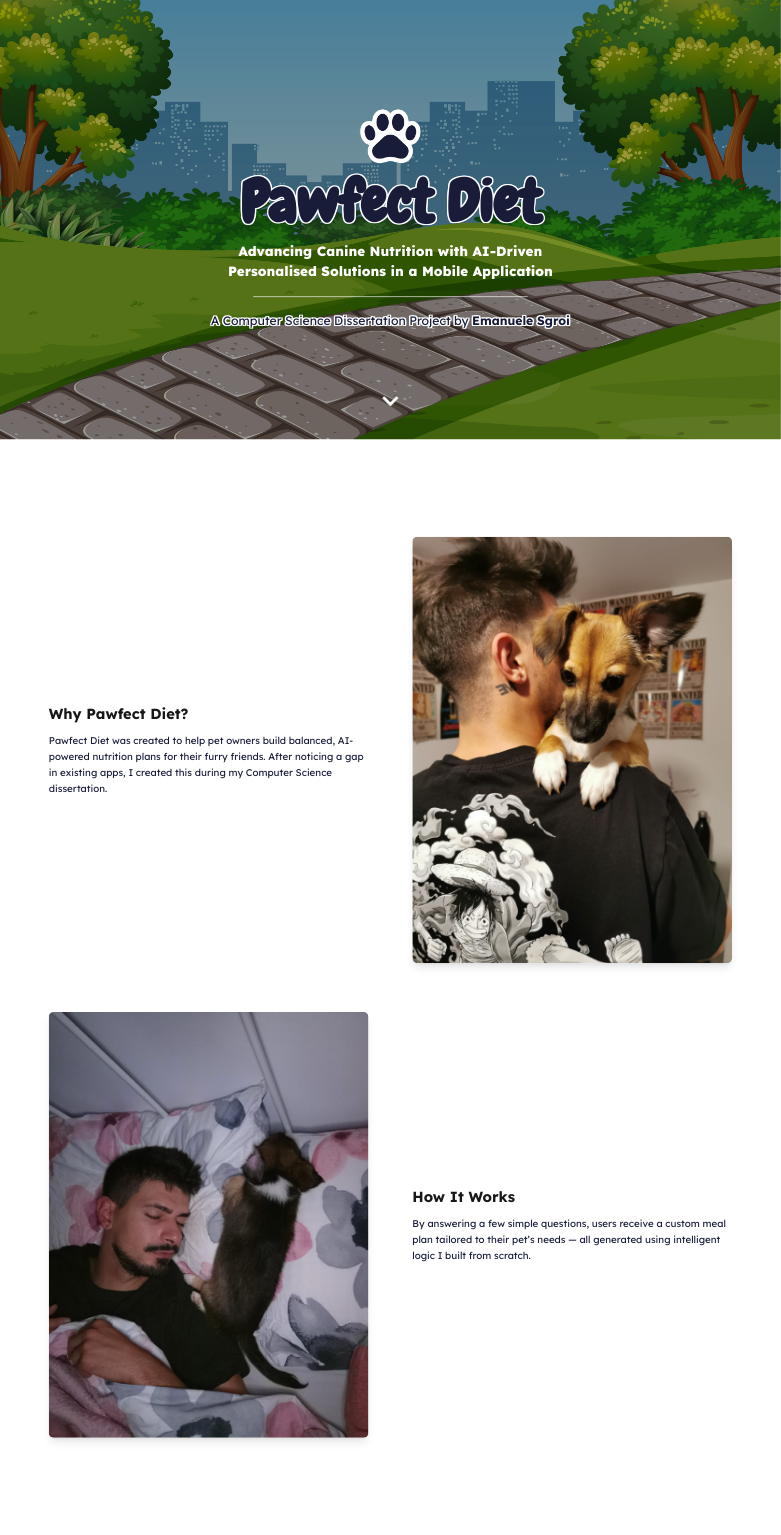
Repository: Emanuele-Sgroi/Pawfect-Diet-App-Showcase
Page: /
The author's editor kept a copy of each file at every save. The page is drawn from the files as they stood at one save, then again after the next save.
The browser window is 1280 px wide. The pictures show the whole page, at 61% of full size.
The project was rebuilt for these pictures with package versions that can differ from the ones it lists, and the page was loaded fresh each time. The framework's server and built-in components were replaced by stand-ins that run in the browser. Also part of the build but not shown: next.config.mjs.

Above is the page before, as saved 2025-04-18 15:58:49.

After the next save:
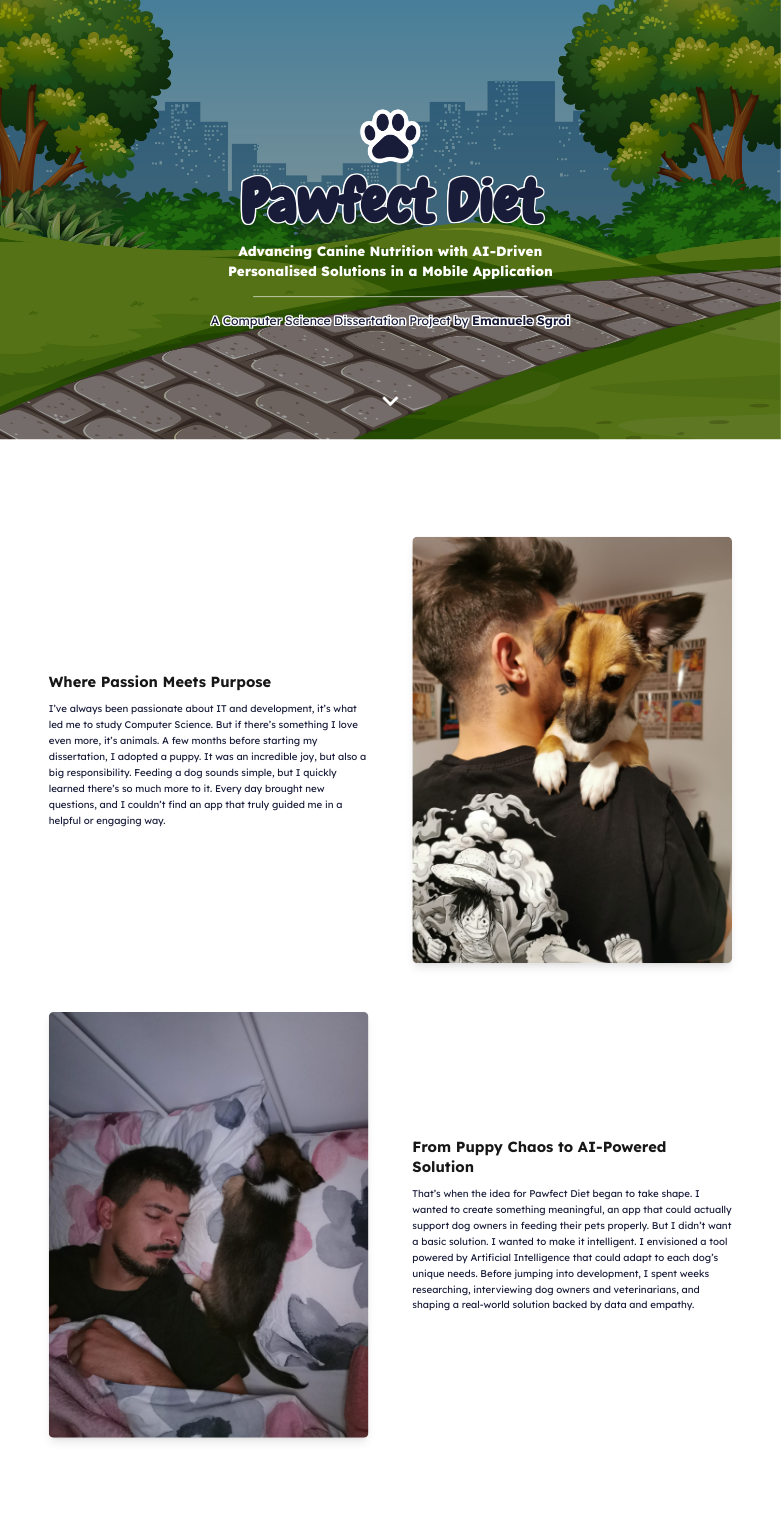
Saved 9 min 18 s later.
--- a/src/app/page.js
+++ b/src/app/page.js
@@ -9,14 +9,14 @@
       <section id="about" className="min-h-screen px-6 py-20 bg-white">
         <div className="max-w-6xl mx-auto">
           <AboutSectionBlock
-            title="Why Pawfect Diet?"
-            text="Pawfect Diet was created to help pet owners build balanced, AI-powered nutrition plans for their furry friends. After noticing a gap in existing apps, I created this during my Computer Science dissertation."
+            title="Where Passion Meets Purpose"
+            text="I’ve always been passionate about IT and development, it’s what led me to study Computer Science. But if there’s something I love even more, it’s animals. A few months before starting my dissertation, I adopted a puppy. It was an incredible joy, but also a big responsibility. Feeding a dog sounds simple, but I quickly learned there’s so much more to it. Every day brought new questions, and I couldn’t find an app that truly guided me in a helpful or engaging way."
             image={images.about1}
           />
 
           <AboutSectionBlock
-            title="How It Works"
-            text="By answering a few simple questions, users receive a custom meal plan tailored to their pet’s needs — all generated using intelligent logic I built from scratch."
+            title="From Puppy Chaos to AI-Powered Solution"
+            text="That’s when the idea for Pawfect Diet began to take shape. I wanted to create something meaningful, an app that could actually support dog owners in feeding their pets properly. But I didn’t want a basic solution. I wanted to make it intelligent. I envisioned a tool powered by Artificial Intelligence that could adapt to each dog’s unique needs. Before jumping into development, I spent weeks researching, interviewing dog owners and veterinarians, and shaping a real-world solution backed by data and empathy."
             image={images.about2}
             reverse
           />
